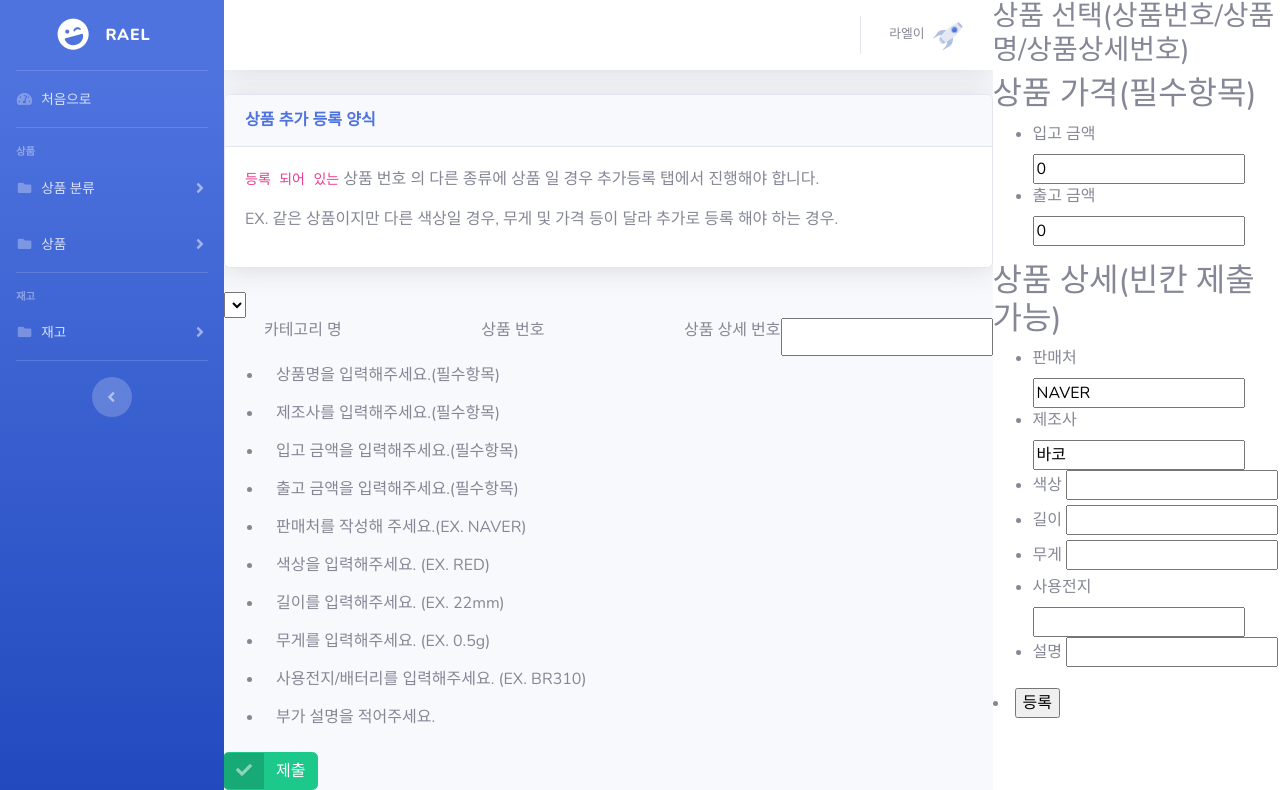
Repository: sww232/springRaelProject
Page: http://localhost/rael/WEB-INF/views/product/product_insert_detail.jsp
An editor plug-in stored every save of this project. The page is shown before and after the next save, followed by the edit.
The browser window is 1280 px wide. The pictures show the whole page.
The page is served by Tomcat 9. Nobody is signed in. Other server files are loaded and not shown. The template is opened directly, without the code that normally fills it, so the values that code supplies are empty.

Above is the page before, as saved 2022-10-06 23:14:54.

### raelproject3/rael/src/main/webapp/WEB-INF/views/product/product_insert_detail.jsp
<%@ page language="java" contentType="text/html; charset=UTF-8" pageEncoding="UTF-8"%>
<%@ taglib uri="http://java.sun.com/jsp/jstl/core" prefix="c" %>
<%@ taglib prefix="sql" uri="http://java.sun.com/jsp/jstl/sql" %>
<%@ taglib prefix="fmt" uri="http://java.sun.com/jsp/jstl/fmt" %>
<!DOCTYPE html>
<html>
<head>
	    <meta name="viewport" content="width=device-width, initial-scale=1, shrink-to-fit=no">
	    <meta name="description" content="">
	    <meta name="author" content="">
	    <meta charset="UTF-8">
			<title>메인</title>

		<link href="/vendor/fontawesome-free/css/all.min.css" rel="stylesheet" type="text/css">
	    <link
	        href="https://fonts.googleapis.com/css?family=Nunito:200,200i,300,300i,400,400i,600,600i,700,700i,800,800i,900,900i"
	        rel="stylesheet">

	    <!-- Custom styles for this template -->
	    <link href="/css/sb-admin-2.min.css" rel="stylesheet">
	    <script src="/vendor/jquery/jquery.min.js"></script>
	    <script src="/vendor/bootstrap/js/bootstrap.bundle.min.js"></script>

	    <!-- Core plugin JavaScript-->
	    <script src="/vendor/jquery-easing/jquery.easing.min.js"></script>

	    <!-- Custom scripts for all pages-->
	    <script src="/js/sb-admin-2.min.js"></script>

	    <!-- Page level plugins -->
	    <script src="/vendor/datatables/jquery.dataTables.min.js"></script>
	    <script src="/vendor/datatables/dataTables.bootstrap4.min.js"></script>

	    <!-- Page level custom scripts -->
	    <script src="/js/demo/datatables-demo.js"></script>

	    <!-- Custom styles for this page -->
	    <link href="/vendor/datatables/dataTables.bootstrap4.min.css" rel="stylesheet">

	</head>
	<body id="page-top">
	<form>
		<div class="modal fade" id="moaModal1" tabindex="-1" role="dialog" aria-labelledby="exampleModalLabel" aria-hidden="true">

			<div class="modal-dialog" role="document">
				<div class="modal-content">
					<div class="modal-header">
						<h5 class="modal-title" id="exampleModalLabel">상품 등록을 위한 카테고리 선택</h5>
						<button class="close" type="button" data-dismiss="modal" aria-label="Close">
							<span aria-hidden="true">x</span>
						</button>
						</div>
						<div class="modal-body">
							<select name="categoryBox1" id="categoryBox1">
								<option value="defaultValue" selected></option>
								<c:forEach var="list" items="${categorynums}">
									<option value="${list}">
										${list}
									</option>
								</c:forEach>
							</select>
						</div>
					<div class="modal-footer">
						<button class="btn btn-primary" type="button" data-dismiss="modal">Cancel</button>
						<button class="btn btn-primary" type="submit" formaction="/product/product_insert">Choice</button>
					</div>
				</div>
			</div>
		</div>
		<div class="modal fade" id="moaModal2" tabindex="-1" role="dialog" aria-labelledby="exampleModalLabel" aria-hidden="true">

			<div class="modal-dialog" role="document">
				<div class="modal-content">
					<div class="modal-header">
						<h5 class="modal-title" id="exampleModalLabel">상품 추가 등록을 위한 카테고리 선택</h5>
						<button class="close" type="button" data-dismiss="modal" aria-label="Close">
							<span aria-hidden="true">x</span>
						</button>
						</div>
						<div class="modal-body">
							<select name="categoryBox2" id="categoryBox2">
								<option value="defaultValue" selected></option>
								<c:forEach var="list" items="${categorynums}">
									<option value="${list}">
										${list}
									</option>
								</c:forEach>
							</select>
						</div>
					<div class="modal-footer">
						<button class="btn btn-primary" type="button" data-dismiss="modal">Cancel</button>
						<button class="btn btn-primary" type="submit" formaction="/product/product_insert_detail">Choice</button>
					</div>
				</div>
			</div>
		</div>
		<div class="modal fade" id="moaModal3" tabindex="-1" role="dialog" aria-labelledby="exampleModalLabel" aria-hidden="true">

			<div class="modal-dialog" role="document">
				<div class="modal-content">
					<div class="modal-header">
						<h5 class="modal-title" id="exampleModalLabel">상품명/상세정보 수정을 위한 카테고리 선택</h5>
						<button class="close" type="button" data-dismiss="modal" aria-label="Close">
							<span aria-hidden="true">x</span>
						</button>
						</div>
						<div class="modal-body">
							<select name="categoryBox3" id="categoryBox3">
								<option value="defaultValue" selected></option>
								<c:forEach var="list" items="${categorynums}">
									<option value="${list}">
										${list}
									</option>
								</c:forEach>
							</select>
						</div>
					<div class="modal-footer">
						<button class="btn btn-primary" type="button" data-dismiss="modal">Cancel</button>
						<button class="btn btn-primary" type="submit" formaction="/product/product_update">Choice</button>
					</div>
				</div>
			</div>
		</div>
	</form>
	<div id="wrapper">
		 <ul class="navbar-nav bg-gradient-primary sidebar sidebar-dark accordion" id="accordionSidebar">

            <!-- Sidebar - Brand -->
            <a class="sidebar-brand d-flex align-items-center justify-content-center" href="/">
                <div class="sidebar-brand-icon rotate-n-15">
                    <i class="fas fa-laugh-wink"></i>
                </div>
                <div class="sidebar-brand-text mx-3">RAEL</div>
            </a>

            <!-- Divider -->
            <hr class="sidebar-divider my-0">

            <!-- Nav Item - Dashboard -->
            <li class="nav-item">
                <a class="nav-link" href="/">
                    <i class="fas fa-fw fa-tachometer-alt"></i>
                    <span>처음으로</span></a>
            </li>

            <!-- Divider -->
            <hr class="sidebar-divider">

            <!-- Heading -->
            <div class="sidebar-heading">
                상품
            </div>

            <!-- Nav Item - Pages Collapse Menu -->
            <li class="nav-item">
                <a class="nav-link collapsed" href="#" data-toggle="collapse" data-target="#collapseTwo"
                    aria-expanded="true" aria-controls="collapseTwo">
                    <i class="fas fa-fw fa-folder"></i>
                    <span>상품 분류</span>
                </a>
                <div id="collapseTwo" class="collapse" aria-labelledby="headingTwo" data-parent="#accordionSidebar">
                    <div class="bg-white py-2 collapse-inner rounded">
                        <h6 class="collapse-header">상풍 분류 탭</h6>
                        <a class="collapse-item" href="/product/category_select?page=1&recordSize=10&pageSize=10">상품 분류 조회</a>
                        <a class="collapse-item" href="/product/category_insert?insertresult=0">상품 분류 등록</a>
                        <a class="collapse-item" href="/product/category_update">상품 분류 수정</a>
                    </div>
                </div>
            </li>

            <!-- Nav Item - Utilities Collapse Menu -->
            <li class="nav-item">
                <a class="nav-link collapsed" href="#" data-toggle="collapse" data-target="#collapseUtilities"
                    aria-expanded="true" aria-controls="collapseUtilities">
                    <i class="fas fa-fw fa-folder"></i>
                    <span>상품</span>
                </a>
                <div id="collapseUtilities" class="collapse" aria-labelledby="headingUtilities"
                    data-parent="#accordionSidebar">
                    <div class="bg-white py-2 collapse-inner rounded">
                        <h6 class="collapse-header">상품 탭</h6>
                        <a class="collapse-item" href="/product/all_select?page=1&recordSize=10&pageSize=10">상품 조회</a>
                        <a class="collapse-item" href="#" data-toggle="modal" data-target="#moaModal1">
							<i class="fas fa-arrow-right"></i>상품 등록
						</a>
						<a class="collapse-item" href="#" data-toggle="modal" data-target="#moaModal2">
							<i class="fas fa-arrow-right"></i>상품 추가 등록
						</a>
						<a class="collapse-item" href="#" data-toggle="modal" data-target="#moaModal3">
							<i class="fas fa-arrow-right"></i>상품명/상세정보 수정
						</a>
                    </div>
                </div>
            </li>

            <!-- Divider -->
            <hr class="sidebar-divider">

            <!-- Heading -->
            <div class="sidebar-heading">
                재고
            </div>

            <!-- Nav Item - Pages Collapse Menu -->
            <li class="nav-item">
                <a class="nav-link collapsed" href="#" data-toggle="collapse" data-target="#collapsePages"
                    aria-expanded="true" aria-controls="collapsePages">
                    <i class="fas fa-fw fa-folder"></i>
                    <span>재고</span>
                </a>
                <div id="collapsePages" class="collapse" aria-labelledby="headingPages" data-parent="#accordionSidebar">
                    <div class="bg-white py-2 collapse-inner rounded">
                        <h6 class="collapse-header">재고</h6>
                        <a class="collapse-item" href="/stock/stock_select?page=1&recordSize=10&pageSize=10">재고 조회 및 입/출고</a>
                        <div class="collapse-divider"></div>
                        <h6 class="collapse-header">재고 입/출고</h6>
                        <a class="collapse-item" href="/stock/stock_history?page=1&recordSize=10&pageSize=10">내역</a>
                        <a class="collapse-item" href="/stock/stock_history_cancel?page=1&recordSize=10&pageSize=10">취소</a>
                    </div>
                </div>
            </li>

            <!-- Divider -->
            <hr class="sidebar-divider d-none d-md-block">

            <!-- Sidebar Toggler (Sidebar) -->
            <div class="text-center d-none d-md-inline">
                <button class="rounded-circle border-0" id="sidebarToggle"></button>
            </div>

        </ul>

        <!-- End of Sidebar -->

        <!-- Content Wrapper -->
        <div id="content-wrapper" class="d-flex flex-column">

            <!-- Main Content -->
            <div id="content">

                <!-- Topbar -->
                <nav class="navbar navbar-expand navbar-light bg-white topbar mb-4 static-top shadow">

                    <!-- Sidebar Toggle (Topbar) -->
                    <form class="form-inline">
                        <button id="sidebarToggleTop" class="btn btn-link d-md-none rounded-circle mr-3">
                            <i class="fa fa-bars"></i>
                        </button>
                    </form>

                    <!-- Topbar Search
                    <form
                        class="d-none d-sm-inline-block form-inline mr-auto ml-md-3 my-2 my-md-0 mw-100 navbar-search">
                        <div class="input-group">
                            <input type="text" class="form-control bg-light border-0 small" placeholder="Search for..."
                                aria-label="Search" aria-describedby="basic-addon2">
                            <div class="input-group-append">
                                <button class="btn btn-primary" type="button">
                                    <i class="fas fa-search fa-sm"></i>
                                </button>
                            </div>
                        </div>
                    </form>
					-->
                    <!-- Topbar Navbar -->
                    <ul class="navbar-nav ml-auto">

                        <!-- Nav Item - Search Dropdown (Visible Only XS) -->
                        <li class="nav-item dropdown no-arrow d-sm-none">
                            <a class="nav-link dropdown-toggle" href="#" id="searchDropdown" role="button"
                                data-toggle="dropdown" aria-haspopup="true" aria-expanded="false">
                                <i class="fas fa-search fa-fw"></i>
                            </a>
                            <!-- Dropdown - Messages -->
                            <div class="dropdown-menu dropdown-menu-right p-3 shadow animated--grow-in"
                                aria-labelledby="searchDropdown">
                                <form class="form-inline mr-auto w-100 navbar-search">
                                    <div class="input-group">
                                        <input type="text" class="form-control bg-light border-0 small"
                                            placeholder="Search for..." aria-label="Search"
                                            aria-describedby="basic-addon2">
                                        <div class="input-group-append">
                                            <button class="btn btn-primary" type="button">
                                                <i class="fas fa-search fa-sm"></i>
                                            </button>
                                        </div>
                                    </div>
                                </form>
                            </div>
                        </li>
                        <div class="topbar-divider d-none d-sm-block"></div>

                        <!-- Nav Item - User Information -->
                        <li class="nav-item dropdown no-arrow">
                            <a class="nav-link dropdown-toggle" href="#" id="userDropdown" role="button"
                                data-toggle="dropdown" aria-haspopup="true" aria-expanded="false">
                                <span class="mr-2 d-none d-lg-inline text-gray-600 small">라엘이</span>
                                <img class="img-profile rounded-circle"
                                    src="img/undraw_rocket.svg">
                            </a>
                            <!-- Dropdown - User Information -->
                            <div class="dropdown-menu dropdown-menu-right shadow animated--grow-in"
                                aria-labelledby="userDropdown">
                                <div class="dropdown-divider"></div>
                                <a class="dropdown-item" href="#" data-toggle="modal" data-target="#logoutModal">
                                    <i class="fas fa-sign-out-alt fa-sm fa-fw mr-2 text-gray-400"></i>
                                    Logout
                                </a>
                            </div>
                        </li>

                    </ul>

                </nav>
    	<!-- End of Topbar -->
    		<div class="card shadow mb-4">
				<div class="card-header py-3 d-flex flex-row align-items-center justify-content-between">
					<h6 class="m-0 font-weight-bold text-primary">상품 추가 등록 양식</h6>
				</div>
				<div class="card-body">
					<p>
						<code>등록 되어 있는</code> 상품 번호 의 다른 종류에 상품 일 경우 추가등록 탭에서 진행해야 합니다.
					</p>
					<p>
						EX. 같은 상품이지만 다른 색상일 경우, 무게 및 가격 등이 달라 추가로 등록 해야 하는 경우.
					</p>
				</div>
			</div>
			<form method="POST" action="/product/product_insert_detail/INSERT">
				<select name="productBox" id="productBox">
					<option value="defaultValue" selected></option>
					<c:forEach var="list" items="${productdatas}">
						<option value="${list}">
							${list}
						</option>
					</c:forEach>
				</select>
				<ul>
						<div class="input-group">
							<label>카테고리 명</label>
							<input type="text" value="${categoryname}" class="form-control bg-light border-0 small" name="product category name" readonly>
							<label>상품 번호</label>
							<input type="text" value="${productnum}" class="form-control bg-light border-0 small" name="product num" readonly>
							<label>상품 상세 번호</label>
							<input type="number" value=${detaillastbynum} class="form-control bg-light border-0 small" name="product detail num" readonly>
						</div>
					<li>
						<div class="input-group">
							<input type="text" class="form-control bg-light border-0 small" name="product name" placeholder="상품명을 입력해주세요.(필수항목)">
						</div>
					</li>
					<li>
						<div class="input-group">
							<input type="text" class="form-control bg-light border-0 small" name="product company" placeholder="제조사를 입력해주세요.(필수항목)">
						</div>
					</li>
					<li>
						<div class="input-group">
							<input type="number" class="form-control bg-light border-0 small"name="product inbound price" placeholder="입고 금액을 입력해주세요.(필수항목)">
						</div>
					</li>
					<li>
						<div class="input-group">
							<input type="number" class="form-control bg-light border-0 small"name="product outbound price" placeholder="출고 금액을 입력해주세요.(필수항목)">
						</div>
					</li>
					<li>
						<div class="input-group">
							<input type="text" class="form-control bg-light border-0 small" value=""name="product vendor" placeholder="판매처를 작성해 주세요.(EX. NAVER)">
						</div>
					</li>
					<li>
						<div class="input-group">
							<input type="text" class="form-control bg-light border-0 small"value="" name="product vendor" placeholder="색상을 입력해주세요. (EX. RED)">
						</div>
					</li>
					<li>
						<div class="input-group">
							<input type="text" class="form-control bg-light border-0 small" value=""name="product length" placeholder="길이를 입력해주세요. (EX. 22mm)">
						</div>
					</li>
					<li>
						<div class="input-group">
							<input type="text" class="form-control bg-light border-0 small"value="" name="product weight" placeholder="무게를 입력해주세요. (EX. 0.5g)">
						</div>
					</li>
					<li>
						<div class="input-group">
							<input type="text" class="form-control bg-light border-0 small" value="" name="product battery" placeholder="사용전지/배터리를 입력해주세요. (EX. BR310)">
						</div>
					</li>
					<li>
						<div class="input-group">
							<input type="text" class="form-control bg-light border-0 small" value="" name="product description" placeholder="부가 설명을 적어주세요.">
						</div>
					</li>

				</ul>
				<div class="input-group-append">
					<button type="submit" class="btn btn-success btn-icon-split">
						<span class="icon text-white-50">
							<i class="fas fa-check"></i>
						</span>
						<span class="text">제출</span>
					</button>
				</div>
			</form>
    	</div>
	</div>

	<form method="POST" action="/product/product_insert_detail/INSERT">
		<h3>상품 선택(상품번호/상품명/상품상세번호)</h3>

		<h2>상품 가격(필수항목)</h2>
		<ul>
			<li>
				<label for="product inbound price"> 입고 금액 </label>
				<input type="number" name="product inbound price" value=0>
			</li>
			<li>
				<label for="product outbound price"> 출고 금액 </label>
				<input type="number" name="product outbound price" value=0>
			</li>
		</ul>
		<h2>상품 상세(빈칸 제출 가능)</h2>
		<ul>
			<li>
				<label for="product vendor"> 판매처 </label>
				<input type="text" name="product vendor" value="NAVER">
			</li>
			<li>
				<label for="product company"> 제조사 </label>
				<input type="text" name="product company" value="바코">
			</li>
			<li>
				<label for="product color"> 색상 </label>
				<input type="text" name="product color" value="">
			</li>
			<li>
				<label for="product length"> 길이 </label>
				<input type="text" name="product length" value="">
			</li>
			<li>
				<label for="product weight"> 무게 </label>
				<input type="text" name="product weight" value="">
			</li>
			<li>
				<label for="product battery"> 사용전지 </label>
				<input type="text" name="product battery" value="">
			</li>
			<li>
				<label for="product description"> 설명 </label>
				<input type="text" name="product description" value="">
			</li>
		</ul>

			<li>
				<input type="submit" value="등록" class="insert">
			</li>

	</form>

	<c:if test="${insertresult == 1}">
		<script type="text/javascript">
			alert("성공적으로 등록 하였습니다.");
		</script>
		<c:out value='성공적으로 등록 하였습니다.'>성공</c:out>
	</c:if>
</body>
</html>

### raelproject3/rael/src/main/resources/static/img/undraw_rocket.svg
<?xml version="1.0" encoding="utf-8"?>
<!-- Generator: Adobe Illustrator 25.0.0, SVG Export Plug-In . SVG Version: 6.00 Build 0)  -->
<svg version="1.1" id="b759170a-51c3-4e2f-999d-77dec9fd6d11"
	 xmlns="http://www.w3.org/2000/svg" xmlns:xlink="http://www.w3.org/1999/xlink" x="0px" y="0px" viewBox="0 0 650.9 610.5"
	 style="enable-background:new 0 0 650.9 610.5;" xml:space="preserve">
<style type="text/css">
	.st0{fill:#AFC0E0;}
	.st1{opacity:0.2;fill:#FFFFFF;enable-background:new    ;}
	.st2{opacity:0.1;enable-background:new    ;}
	.st3{fill:#E3E8F4;}
	.st4{fill:#4E73DF;}
</style>
<path class="st0" d="M174,321c-2-1.6-4.2-3-6.6-4.2c-51.8-26.2-157,67.8-157,67.8L0,372.7c0,0,42.1-43.8,92.4-117.3
	c45.2-66.1,150.7-51.8,171.4-48.3c2.3,0.4,3.6,0.7,3.6,0.7C298.7,288.3,174,321,174,321z"/>
<path class="st1" d="M269.4,213.9c-0.6-2-1.3-4-2-6c0,0-1.2-0.2-3.6-0.7c-20.7-3.5-126.2-17.8-171.4,48.3C42.1,329,0,372.7,0,372.7
	l5.9,6.7c0,0,42.1-43.8,92.4-117.3C143.3,196.3,248,210.2,269.4,213.9z"/>
<path class="st0" d="M337.7,533.4c-79.2,40.8-127.8,77.1-127.8,77.1l-10.5-11.9c0,0,111.1-96.8,85.3-150.9c-0.5-1.2-1.2-2.3-1.9-3.4
	c0,0,47.9-119.6,123.9-78.5c0,0,0.1,1,0.2,2.9C407.8,387.8,409.7,496.3,337.7,533.4z"/>
<path class="st2" d="M174,321c-2-1.6-4.2-3-6.6-4.2c29.3-38.9,61.5-75.5,96.3-109.7c2.3,0.4,3.6,0.7,3.6,0.7
	C298.7,288.3,174,321,174,321z"/>
<path class="st2" d="M406.9,368.6c-38.6,29.6-79.4,56.1-122.3,79.1c-0.5-1.2-1.2-2.3-1.9-3.4c0,0,47.9-119.6,123.9-78.5
	C406.7,365.7,406.8,366.7,406.9,368.6z"/>
<path class="st3" d="M263.6,455.5c-20.3,10.4-41.6,20.5-64,30.2c-33.6,14.6-51.5-2.2-80.7-91.5c0,0,12.5-22.5,37.2-57
	c54.3-75.8,167.5-209.1,336.1-286.7C542.7,27.1,596.1,10.1,650.9,0c0,0-9.1,68.8-62,160.1S439.1,365.3,263.6,455.5z"/>
<circle class="st0" cx="435.6" cy="199.7" r="71.6"/>
<path class="st4" d="M469.2,237.9c-21,18.6-53.1,16.6-71.7-4.5c-7.8-8.8-12.2-20-12.7-31.8c-0.2-4.7,0.3-9.4,1.4-14
	c0.5-2,1.1-4.1,1.9-6c2.9-7.7,7.7-14.5,13.8-19.9c0.3-0.3,0.6-0.5,0.9-0.8c17.1-14.4,41.5-15.9,60.3-3.8c3.5,2.3,6.7,4.9,9.5,7.9
	l1,1.1C492.2,187.2,490.2,219.3,469.2,237.9C469.2,237.8,469.2,237.9,469.2,237.9z"/>
<path class="st0" d="M588.9,160.1c-83-35.2-96.8-109.6-96.8-109.6C542.7,27,596.1,10.1,650.9,0C650.9,0,641.8,68.8,588.9,160.1z"/>
<path class="st0" d="M263.6,455.5c-13.7,7.1-27.9,13.9-42.6,20.7c-7,3.2-14.1,6.4-21.4,9.5c-10.9,4.7-51.5-2.2-80.7-91.5
	c0,0,4.1-7.3,12.1-20c6.1-9.6,14.5-22.2,25.1-37c0,0,11,33.2,41.1,67.3C215.8,425.7,238.4,443,263.6,455.5z"/>
<path class="st3" d="M221,476.2c-7,3.2-14.1,6.4-21.4,9.5c-10.9,4.7-51.5-2.2-80.7-91.5c0,0,4.1-7.3,12.1-20
	C131,374.2,170.2,456.9,221,476.2z"/>
<path class="st1" d="M463.2,157l-0.1,0l-60.1,3.9c-0.3,0.3-0.6,0.5-0.9,0.8c-6.2,5.4-10.9,12.3-13.8,19.9l84.5-16.6L463.2,157z"/>
<path class="st1" d="M438.8,194.3l-53.9,7.3c-0.2-4.7,0.3-9.4,1.4-14l52.8,1.4L438.8,194.3z"/>
<path class="st1" d="M131.7,408.7c0,0,12.5-22.5,37.2-57C223.2,276,336.4,142.7,504.9,65c45.6-21.1,93.3-36.9,142.5-47.3
	C650.1,6.4,650.9,0,650.9,0c-54.8,10.1-108.2,27-158.7,50.5c-168.6,77.7-281.8,211-336.1,286.7c-24.7,34.4-37.2,57-37.2,57
	c11.5,35.3,26.6,57,40.5,70.3C149.4,451.4,139.7,433.3,131.7,408.7z"/>
</svg>

Loaded but not shown: raelproject3/rael/src/main/resources/static/css/sb-admin-2.min.css (library); raelproject3/rael/src/main/resources/static/js/sb-admin-2.min.js (common file); raelproject3/rael/src/main/resources/static/js/demo/datatables-demo.js (common file)

After the next save:
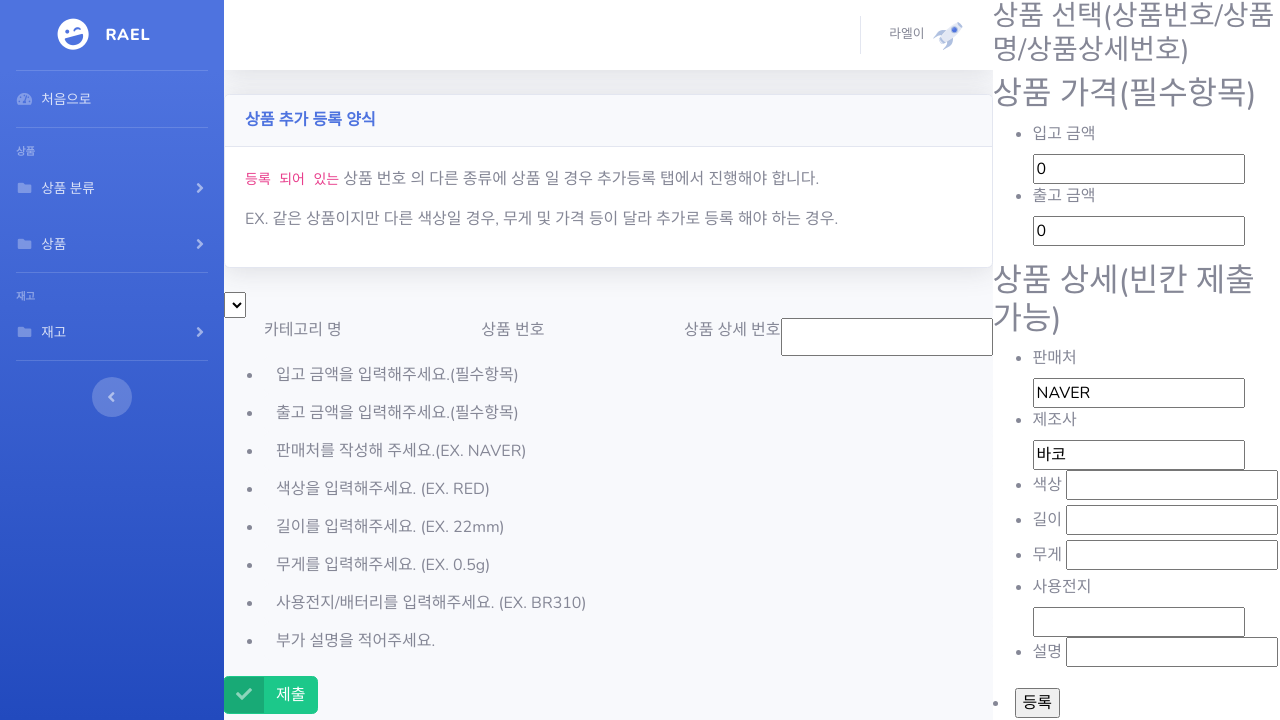
Saved 67 s later.
--- a/raelproject3/rael/src/main/webapp/WEB-INF/views/product/product_insert_detail.jsp
+++ b/raelproject3/rael/src/main/webapp/WEB-INF/views/product/product_insert_detail.jsp
@@ -346,16 +346,6 @@
 						</div>
 					<li>
 						<div class="input-group">
-							<input type="text" class="form-control bg-light border-0 small" name="product name" placeholder="상품명을 입력해주세요.(필수항목)">
-						</div>
-					</li>
-					<li>
-						<div class="input-group">
-							<input type="text" class="form-control bg-light border-0 small" name="product company" placeholder="제조사를 입력해주세요.(필수항목)">
-						</div>
-					</li>
-					<li>
-						<div class="input-group">
 							<input type="number" class="form-control bg-light border-0 small"name="product inbound price" placeholder="입고 금액을 입력해주세요.(필수항목)">
 						</div>
 					</li>
